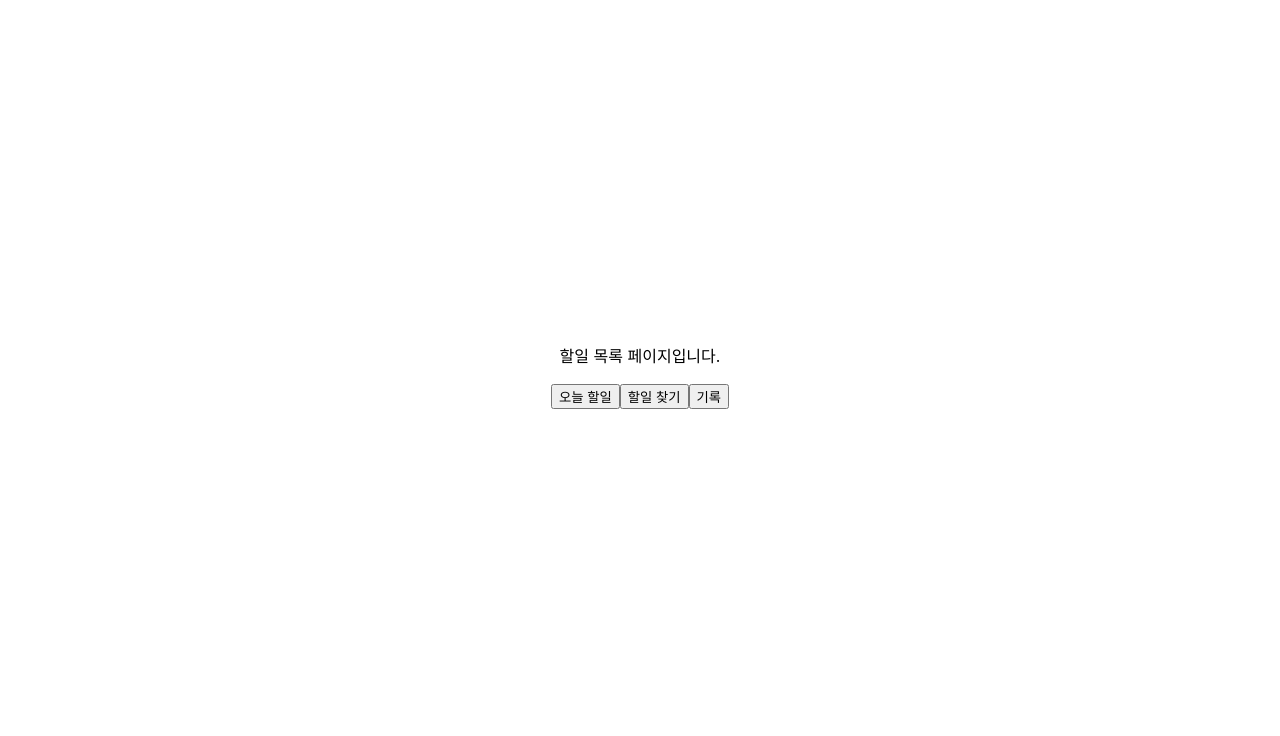
Repository: Tickley-Team/Tickley
Page: /todos
The author's editor kept a copy of each file at every save. The page is drawn from the files as they stood at one save, then again after a run of saves.
The browser window is 1280 px wide. The pictures show the whole page.
The project was rebuilt for these pictures with package versions that can differ from the ones it lists, and the page was loaded fresh each time. Also part of the build but not shown: vite.config.ts, src/stores/recommendTodoFilterStore.ts, src/hooks/useCategoryNames.tsx, src/hooks/useFilteredTodos.tsx, src/hooks/useLocalStorage.ts, src/utils.ts, src/pages/TodosFind.tsx, src/pages/SurveySpareTime/index.tsx and 9 more.

Above is the page before, as saved 2024-12-08 16:34:40.

### index.html
<!doctype html>
<html lang="en">
  <head>
    <meta charset="UTF-8" />
    <link rel="icon" type="image/svg+xml" href="/vite.svg" />
    <meta name="viewport" content="width=device-width, initial-scale=1.0" />
    <title>티클리</title>
  </head>
  <body>
    <div id="root"></div>
    <script type="module" src="/src/main.tsx"></script>
  </body>
</html>

### src/index.css
:root {
  font-family: Inter, system-ui, Avenir, Helvetica, Arial, sans-serif;
  line-height: 1.5;
  font-weight: 400;

  color-scheme: light dark;

  font-synthesis: none;
  text-rendering: optimizeLegibility;
  -webkit-font-smoothing: antialiased;
  -moz-osx-font-smoothing: grayscale;
}

### src/App.tsx
import './App.css'

import Todos from './pages/Todos'
import TodosFind from './pages/TodosFind'
import SurveySpareTime from './pages/SurveySpareTime'
import Home from './pages/Home'
import OnboardingPage from './pages/OnboardingPage'
import TodosMemory from './pages/TodosMemory'
import ProgressTimer from './pages/ProgressTimer'
import CompletedTimer from './pages/CompletedTimer'
import { fetchRecommendTodos } from './api/fetchRecommendTodos'
import { createBrowserRouter, RouterProvider } from 'react-router'

function App() {
  const isProduction = process.env.NODE_ENV === 'production'
  const basename = isProduction ? '/Tickley' : '/'

  const router = createBrowserRouter(
    [
      {
        path: '/',
        element: <Home />,
      },
      {
        path: '/todos',
        element: <Todos />,
      },
      {
        path: '/todos/find',
        element: <TodosFind />,
        loader: () =>
          fetchRecommendTodos(
            `${import.meta.env.BASE_URL}data/todoRecommendData.json`,
          ),
      },
      {
        path: '/todos/memory',
        element: <TodosMemory />,
      },
      {
        path: '/survey',
        element: <SurveySpareTime />,
      },
      {
        path: '/onboarding/:onboardingId',
        element: <OnboardingPage />,
      },
      {
        path: '/timer/progress',
        element: <ProgressTimer />,
      },
      {
        path: '/timer/completed',
        element: <CompletedTimer />,
      },
    ],
    {
      basename,
    },
  )

  return (
    <div className="App">
      <RouterProvider router={router} />
    </div>
  )
}

export default App

### src/pages/Todos.tsx
import { Link } from 'react-router'
import { MobileLayout } from '../layout/MobileLayout'

const Todos = () => {
  return (
    <MobileLayout>
      <div>
        <p>할일 목록 페이지입니다.</p>
        <div>
          <Link to="/todos">
            <button>오늘 할일</button>
          </Link>
          <Link to="/todos/find">
            <button>할일 찾기</button>
          </Link>
          <Link to="/todos/memory">
            <button>기록</button>
          </Link>
        </div>
      </div>
    </MobileLayout>
  )
}

export default Todos

### src/api/fetchRecommendTodos.ts
import { RecommendTodo } from '../types'

export const fetchRecommendTodos = async (
  path: string,
): Promise<Array<RecommendTodo>> => {
  try {
    const response = await fetch(path)
    if (!response.ok) {
      throw new Error(`HTTP error! status: ${response.status}`)
    }
    return response.json()
  } catch (error) {
    if (error instanceof Error) {
      throw new Error(`데이터 로드 실패: ${error.message}`)
    }
    throw new Error('알 수 없는 에러가 발생했습니다')
  }
}

### src/layout/MobileLayout.tsx
import { Container } from '@mui/material'

export const MobileLayout = ({
  children,
  ...restProps
}: {
  children: React.ReactNode
}) => {
  return (
    <Container
      sx={{
        maxWidth: '375px', // 최대 너비 375px
        margin: '0 auto',
        backgroundColor: 'white',
        height: '100vh',
        display: 'flex', // Flexbox를 사용하여 콘텐츠 정렬
        flexDirection: 'column',
        justifyContent: 'center',
        alignItems: 'center',
      }}
      {...restProps}
    >
      {/* 여기에 콘텐츠를 추가 */}
      {children}
    </Container>
  )
}

Loaded but not shown: src/main.tsx (common file); src/App.css (common file)

After the next 3 saves:
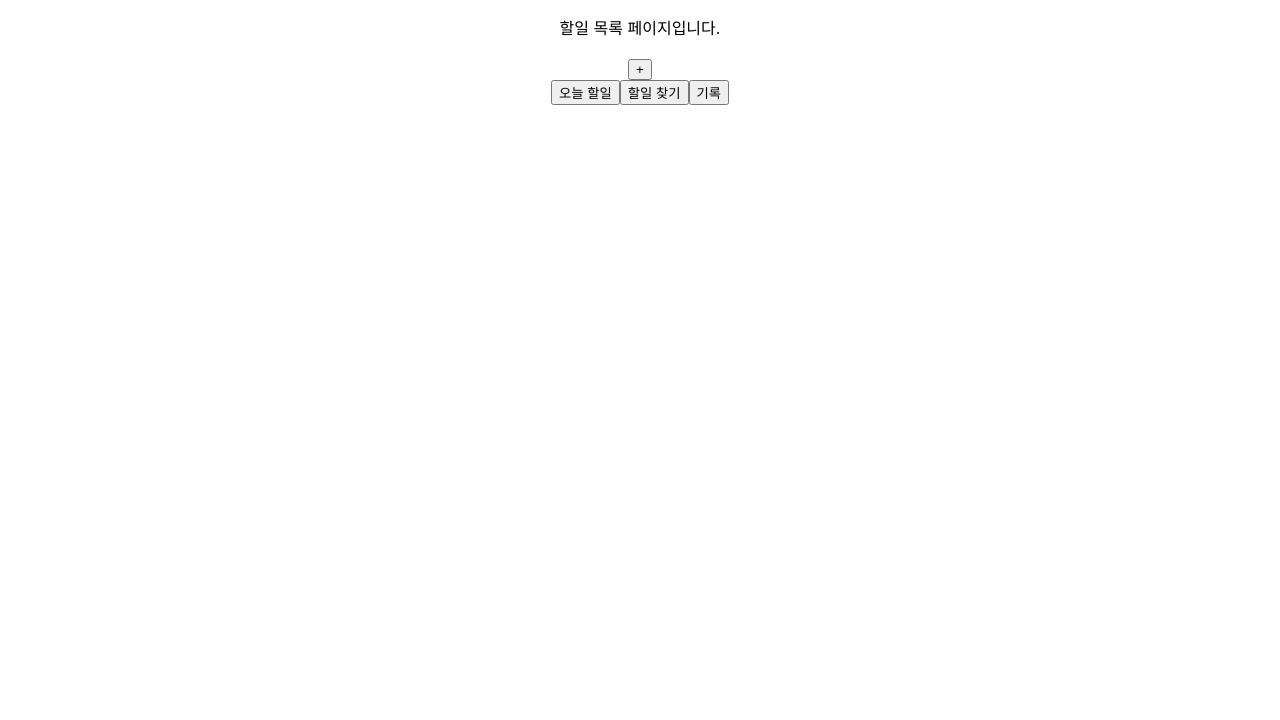
The 3 saves are shown as one change because 2 did not build or start.
The last was saved 3 min 19 s later.
--- a/src/pages/Todos.tsx
+++ b/src/pages/Todos.tsx
@@ -1,24 +1,98 @@
+import { useState } from 'react'
 import { Link } from 'react-router'
-import { MobileLayout } from '../layout/MobileLayout'
 
 const Todos = () => {
+  const [addLayerStatus, setAddLayerStatus] = useState(false)
+  const [bottomSheetStatus, setBottomSheetStatus] = useState(false)
+  const [title, setTitle] = useState('')
+
+  const handleAddLayerOpen = () => {
+    setAddLayerStatus(true)
+  }
+
+  const handleAddLayerClose = () => {
+    setAddLayerStatus(false)
+  }
+
+  const handleAddUrl = () => {
+    alert('준비중인 서비스입니다')
+  }
+
+  const handleAddTodoLayer = () => {
+    setAddLayerStatus(false)
+    setBottomSheetStatus(true)
+  }
+
+  const handleCancel = () => {
+    setBottomSheetStatus(false)
+    setTitle('')
+  }
+
+  const handleChangeTitle = (e: React.ChangeEvent<HTMLInputElement>) => {
+    setTitle(e.target.value)
+  }
+
+  const handleSubmit = () => {}
+
   return (
-    <MobileLayout>
+    <div>
+      <p>할일 목록 페이지입니다.</p>
+      {/* + 버튼을 눌렀을 때 할일 추가/볼것 추가 모달이 뜸(할일 목록 부분 dim 처리됨(이 부분은 css에서)) */}
+      {/* 그리고 할일 추가를 클릭하면 할일 추가/볼것 추가 모달이 사라지고 할일 등록하는 바텀 시트 모달이 뜸 */}
+      {/* 볼것 추가를 클릭하면 얼럿으로 처리 */}
+      {/* X를 누르게 되면 할일 추가/볼것 추가 모달이 사라짐 */}
+      {!bottomSheetStatus && (
+        <button
+          onClick={addLayerStatus ? handleAddLayerClose : handleAddLayerOpen}
+        >
+          {addLayerStatus ? 'X' : '+'}
+        </button>
+      )}
+      {/* 할일 추가/볼것 추가 모달 START */}
+      {addLayerStatus && (
+        <div
+          style={{ backgroundColor: 'skyblue' }}
+          onClick={handleAddLayerClose}
+        >
+          <div className="add-layer">
+            <button onClick={handleAddTodoLayer}>할일 추가</button>
+            <button onClick={handleAddUrl}>볼 것(URL 추가)</button>
+          </div>
+        </div>
+      )}
+      {/* 할일 추가/볼것 추가 모달 END */}
+
+      {/* 할일 등록하는 바텀 시트 모달 START */}
+      {bottomSheetStatus && (
+        <div>
+          <input
+            type="text"
+            placeholder="새 할일 입력"
+            value={title}
+            onChange={handleChangeTitle}
+          />
+          {/* <RangeSlider /> */}
+          <div>
+            <button onClick={handleCancel}>취소</button>
+            <button disabled={!title} onClick={handleSubmit}>
+              추가
+            </button>
+          </div>
+        </div>
+      )}
+      {/* 할일 등록하는 바텀 시트 모달 END */}
       <div>
-        <p>할일 목록 페이지입니다.</p>
-        <div>
-          <Link to="/todos">
-            <button>오늘 할일</button>
-          </Link>
-          <Link to="/todos/find">
-            <button>할일 찾기</button>
-          </Link>
-          <Link to="/todos/memory">
-            <button>기록</button>
-          </Link>
-        </div>
+        <Link to="/todos">
+          <button>오늘 할일</button>
+        </Link>
+        <Link to="/todos/find">
+          <button>할일 찾기</button>
+        </Link>
+        <Link to="/todos/memory">
+          <button>기록</button>
+        </Link>
       </div>
-    </MobileLayout>
+    </div>
   )
 }
 
